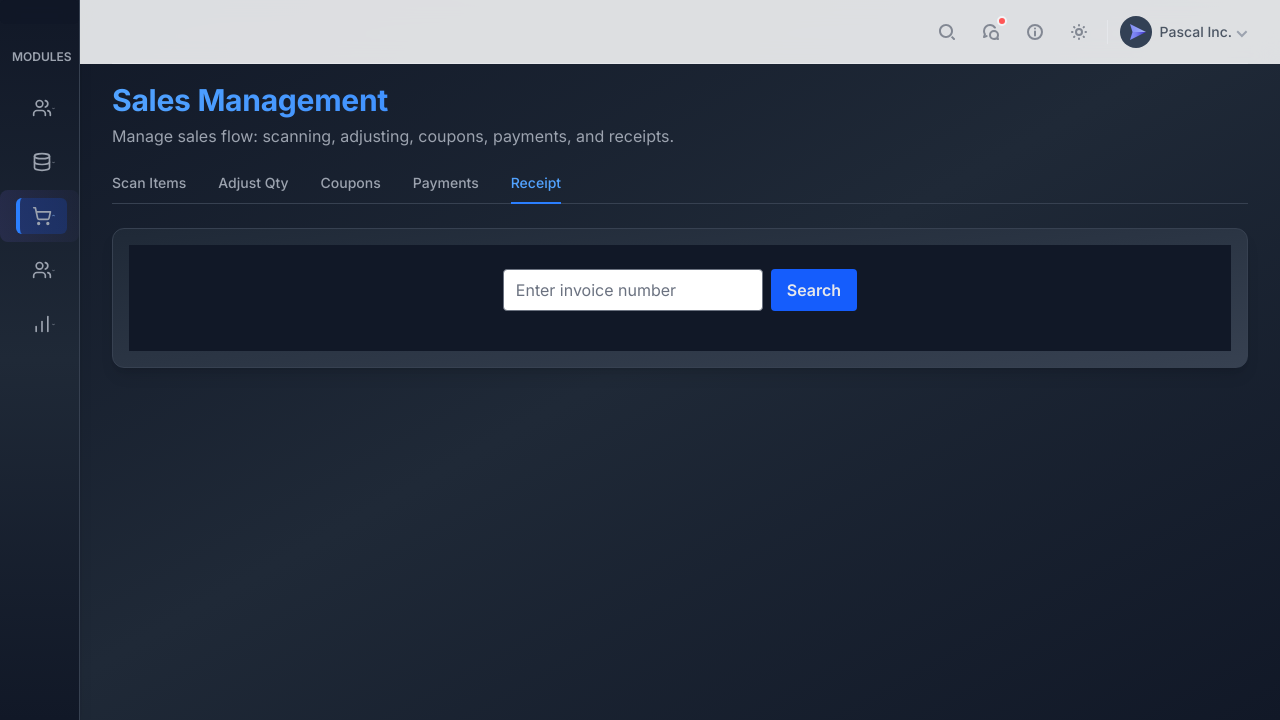
Repository: chykesure/grox-supermarket
Page: /sales/receipt
The author's editor kept a copy of each file at every save. The page is drawn from the files as they stood at one save, then again after the next save.
The browser window is 1280 px wide. The pictures show the whole page.
The project was rebuilt for these pictures with package versions that can differ from the ones it lists, and the page was loaded fresh each time. Some packages were replaced by stand-ins written for this rebuild. Also part of the build but not shown: vite.config.js, src/components/DropdownFilter.jsx, src/lib/utils.ts, src/components/ui/calendar.jsx, src/components/ui/popover.jsx, src/components/Datepicker.jsx, src/pages/pos/Dashboard.jsx, src/pages/Menu.jsx and 62 more.

Above is the page before, as saved 2025-11-09 15:58:41.

### index.html
<!DOCTYPE html>
<html lang="en">
  <head>
    <meta charset="UTF-8" />
    <link rel="icon" type="image/svg+xml" href="/src/favicon.svg" />
    <meta name="viewport" content="width=device-width, initial-scale=1.0" />
    <title>Vite App</title>
    <script>
      if (localStorage.theme === 'dark' || !('theme' in localStorage)) {
        document.querySelector('html').classList.add('dark');
        document.querySelector('html').style.colorScheme = 'dark';
      } else {
        document.querySelector('html').classList.remove('dark');
        document.querySelector('html').style.colorScheme = 'light';
      }
    </script>
  </head>
  <body class="font-inter antialiased bg-gray-100 dark:bg-gray-900 text-gray-600 dark:text-gray-400">
    <noscript>You need to enable JavaScript to run this app.</noscript>
    <script>
        if (localStorage.getItem('sidebar-expanded') == 'true') {
            document.querySelector('body').classList.add('sidebar-expanded');
        } else {
            document.querySelector('body').classList.remove('sidebar-expanded');
        }
    </script>
    <div id="root"></div>
    <script type="module" src="/src/main.jsx"></script>
  </body>
</html>

### src/utils/ThemeContext.jsx
import { createContext, useContext, useState, useEffect } from 'react';

const ThemeContext = createContext({
  currentTheme: 'light',
  changeCurrentTheme: () => {},
});

export default function ThemeProvider({children}) {
  const persistedTheme = localStorage.getItem('theme');
  const [theme, setTheme] = useState(persistedTheme || 'light');

  const changeCurrentTheme = (newTheme) => {
    setTheme(newTheme);
    localStorage.setItem('theme', newTheme);
  };

  useEffect(() => {
    document.documentElement.classList.add('**:transition-none!');
    if (theme === 'light') {
      document.documentElement.classList.remove('dark');
      document.documentElement.style.colorScheme = 'light';
    } else {
      document.documentElement.classList.add('dark');
      document.documentElement.style.colorScheme = 'dark';
    }

    const transitionTimeout = setTimeout(() => {
      document.documentElement.classList.remove('**:transition-none!');
    }, 1);

    return () => clearTimeout(transitionTimeout);
  }, [theme]);

  return <ThemeContext.Provider value={{ currentTheme: theme, changeCurrentTheme }}>{children}</ThemeContext.Provider>;
}

export const useThemeProvider = () => useContext(ThemeContext);

### src/charts/ChartjsConfig.jsx
// Import Chart.js
import { Chart, Tooltip } from 'chart.js';
// Import Tailwind config
import { adjustColorOpacity, getCssVariable } from '../utils/Utils';

Chart.register(Tooltip);

// Define Chart.js default settings
Chart.defaults.font.family = '"Inter", sans-serif';
Chart.defaults.font.weight = 500;
Chart.defaults.plugins.tooltip.borderWidth = 1;
Chart.defaults.plugins.tooltip.displayColors = false;
Chart.defaults.plugins.tooltip.mode = 'nearest';
Chart.defaults.plugins.tooltip.intersect = false;
Chart.defaults.plugins.tooltip.position = 'nearest';
Chart.defaults.plugins.tooltip.caretSize = 0;
Chart.defaults.plugins.tooltip.caretPadding = 20;
Chart.defaults.plugins.tooltip.cornerRadius = 8;
Chart.defaults.plugins.tooltip.padding = 8;

// Function that generates a gradient for line charts
export const chartAreaGradient = (ctx, chartArea, colorStops) => {
  if (!ctx || !chartArea || !colorStops || colorStops.length === 0) {
    return 'transparent';
  }
  const gradient = ctx.createLinearGradient(0, chartArea.bottom, 0, chartArea.top);
  colorStops.forEach(({ stop, color }) => {
    gradient.addColorStop(stop, color);
  });
  return gradient;
};

export const chartColors = {
  textColor: {
    light: getCssVariable('--color-gray-400'),
    dark: getCssVariable('--color-gray-500'),
  },
  gridColor: {
    light: getCssVariable('--color-gray-100'),
    dark: adjustColorOpacity(getCssVariable('--color-gray-700'), 0.6),
  },
  backdropColor: {
    light: getCssVariable('--color-white'),
    dark: getCssVariable('--color-gray-800'),
  },
  tooltipTitleColor: {
    light: getCssVariable('--color-gray-800'),
    dark: getCssVariable('--color-gray-100'),
  },
  tooltipBodyColor : {
    light: getCssVariable('--color-gray-500'),
    dark: getCssVariable('--color-gray-400')
  },
  tooltipBgColor: {
    light: getCssVariable('--color-white'),
    dark: getCssVariable('--color-gray-700'),
  },
  tooltipBorderColor: {
    light: getCssVariable('--color-gray-200'),
    dark: getCssVariable('--color-gray-600'),
  },
};

### src/pages/pos/sales/SalesMgt.jsx
import React, { useEffect } from "react";
import { useParams, useNavigate } from "react-router-dom";
import Sidebar from "../../../partials/Sidebar";
import Header from "../../../partials/Header";
import Banner from "../../../partials/Banner";

// Import sales sub-pages
import ScanItems from "./ScanItems";
import AdjustQty from "./AdjustQty";
import Coupons from "./Coupons";
import Payments from "./Payments";
import Receipt from "./Receipt";

function SalesMgt() {
  const { subpage } = useParams();
  const navigate = useNavigate();

  // Redirect to /sales/scan-items if no subpage
  useEffect(() => {
    if (!subpage) {
      navigate("/sales/scan-items", { replace: true });
    }
  }, [subpage, navigate]);

  const activeTab = subpage || "scan-items";

  const handleTabChange = (tab) => {
    navigate(`/sales/${tab}`);
  };

  const renderTabContent = () => {
    switch (activeTab) {
      case "scan-items":
        return <ScanItems />;
      case "adjust-qty":
        return <AdjustQty />;
      case "coupons":
        return <Coupons />;
      case "payments":
        return <Payments />;
      case "receipt":
        return <Receipt />;
      default:
        return <ScanItems />; // fallback
    }
  };

  return (
    <div className="flex  overflow-hidden bg-gradient-to-br from-gray-900 via-gray-800 to-gray-900 text-gray-200">
      {/* Sidebar */}
      <Sidebar />

      {/* Main wrapper */}
      <div className="relative flex flex-col flex-1 overflow-y-auto overflow-x-hidden">
        {/* Header */}
        <Header />

        {/* Main content */}
        <main className="flex-1 overflow-y-auto">
          <div className="px-4 sm:px-6 lg:px-8 py-4 w-full ">
            {/* Page Header */}
            <div className="mb-6">
              <h1 className="text-3xl font-bold bg-gradient-to-r from-blue-400 to-blue-600 bg-clip-text text-transparent">
                Sales Management
              </h1>
              <p className="text-gray-400 mt-1">
                Manage sales flow: scanning, adjusting, coupons, payments, and receipts.
              </p>
            </div>

            {/* Tabs */}
            <div className="mb-6 border-b border-gray-700">
              <nav className="flex space-x-8 -mb-px">
                {["scan-items", "adjust-qty", "coupons", "payments", "receipt"].map((tab) => (
                  <button
                    key={tab}
                    className={`pb-2 text-sm font-medium transition ${activeTab === tab
                      ? "border-b-2 border-blue-500 text-blue-400"
                      : "border-b-2 border-transparent text-gray-400 hover:text-gray-200 hover:border-gray-500"
                      }`}
                    onClick={() => handleTabChange(tab)}
                  >
                    {tab
                      .split("-")
                      .map((w) => w.charAt(0).toUpperCase() + w.slice(1))
                      .join(" ")}
                  </button>
                ))}
              </nav>
            </div>

            {/* Tab Content */}
            <div className="bg-gradient-to-br from-gray-800 to-gray-700 p-4 rounded-xl shadow-lg border border-gray-700 overflow-y-auto max-h-[calc(100vh-200px)]">
              {renderTabContent()}
            </div>
          </div>
        </main>

        {/* Banner / Footer */}
        <Banner />
      </div>
    </div>
  );
}

export default SalesMgt;

### src/css/additional-styles/utility-patterns.css
/* Typography */
.h1 {
    @apply text-4xl font-extrabold tracking-tighter;
}

.h2 {
    @apply text-3xl font-extrabold tracking-tighter;
}

.h3 {
    @apply text-3xl font-extrabold;
}

.h4 {
    @apply text-2xl font-extrabold tracking-tight;
}

@media (width >= theme(--breakpoint-md)) {
    .h1 {
        @apply text-5xl;
    }

    .h2 {
        @apply text-4xl;
    }
}

/* Buttons */
.btn,
.btn-lg,
.btn-sm,
.btn-xs {
    @apply font-medium text-sm inline-flex items-center justify-center border border-transparent rounded-lg leading-5 shadow-xs transition;
}

.btn {
    @apply px-3 py-2;
}

.btn-lg {
    @apply px-4 py-3;
}

.btn-sm {
    @apply px-2 py-1;
}

.btn-xs {
    @apply px-2 py-0.5;
}

/* Forms */
input[type="search"]::-webkit-search-decoration,
input[type="search"]::-webkit-search-cancel-button,
input[type="search"]::-webkit-search-results-button,
input[type="search"]::-webkit-search-results-decoration {
  -webkit-appearance: none;
}

.form-input,
.form-textarea,
.form-multiselect,
.form-select,
.form-checkbox,
.form-radio {
    @apply bg-white dark:bg-gray-900/30 border focus:ring-0 focus:ring-offset-0 dark:disabled:bg-gray-700/30 dark:disabled:border-gray-700 dark:disabled:hover:border-gray-700;
}

.form-checkbox {
    @apply rounded-sm;
}

.form-input,
.form-textarea,
.form-multiselect,
.form-select {
    @apply text-sm text-gray-800 dark:text-gray-100 leading-5 py-2 px-3 border-gray-200 hover:border-gray-300 focus:border-gray-300 dark:border-gray-700/60 dark:hover:border-gray-600 dark:focus:border-gray-600 shadow-xs rounded-lg;
}

.form-input,
.form-textarea {
    @apply placeholder-gray-400 dark:placeholder-gray-500;
}

.form-select {
    @apply pr-10;
}

.form-checkbox,
.form-radio {
    @apply text-violet-500 checked:bg-violet-500 checked:border-transparent border border-gray-300 dark:border-gray-700/60 dark:checked:border-transparent focus-visible:ring-2 focus-visible:ring-violet-500/50;
}

/* Switch element */
.form-switch {
    @apply relative select-none;
    width: 44px;
}

.form-switch label {
    @apply block overflow-hidden cursor-pointer h-6 rounded-full;
}

.form-switch label > span:first-child {
    @apply absolute block rounded-full;
    width: 20px;
    height: 20px;
    top: 2px;
    left: 2px;
    right: 50%;
    transition: all .15s ease-out;
}

.form-switch input[type="checkbox"] + label {
  @apply bg-gray-400 dark:bg-gray-700;
}

.form-switch input[type="checkbox"]:checked + label {
  @apply bg-violet-500;
}

.form-switch input[type="checkbox"]:checked + label > span:first-child {
    left: 22px;
}

.form-switch input[type="checkbox"]:disabled + label {
    @apply cursor-not-allowed bg-gray-100 dark:bg-gray-700/20 border border-gray-200 dark:border-gray-700/60;
}

.form-switch input[type="checkbox"]:disabled + label > span:first-child {
    @apply bg-gray-400 dark:bg-gray-600;
}

/* Chrome, Safari and Opera */
.no-scrollbar::-webkit-scrollbar {
  display: none;
}

.no-scrollbar {
  -ms-overflow-style: none;  /* IE and Edge */
  scrollbar-width: none;  /* Firefox */
}

### src/partials/Header.jsx
import React, { useState } from 'react';

import SearchModal from '../components/ModalSearch';
import Notifications from '../components/DropdownNotifications';
import Help from '../components/DropdownHelp';
import UserMenu from '../components/DropdownProfile';
import ThemeToggle from '../components/ThemeToggle';

function Header({
  sidebarOpen,
  setSidebarOpen,
  variant = 'default',
}) {

  const [searchModalOpen, setSearchModalOpen] = useState(false)

  return (
    <header className={`sticky top-0 before:absolute before:inset-0 before:backdrop-blur-md max-lg:before:bg-white/90 dark:max-lg:before:bg-gray-800/90 before:-z-10 z-30 ${variant === 'v2' || variant === 'v3' ? 'before:bg-white after:absolute after:h-px after:inset-x-0 after:top-full after:bg-gray-200 dark:after:bg-gray-700/60 after:-z-10' : 'max-lg:shadow-xs lg:before:bg-gray-100/90 dark:lg:before:bg-gray-900/90'} ${variant === 'v2' ? 'dark:before:bg-gray-800' : ''} ${variant === 'v3' ? 'dark:before:bg-gray-900' : ''}`}>
      <div className="px-4 sm:px-6 lg:px-8">
        <div className={`flex items-center justify-between h-16 ${variant === 'v2' || variant === 'v3' ? '' : 'lg:border-b border-gray-200 dark:border-gray-700/60'}`}>

          {/* Header: Left side */}
          <div className="flex">

            {/* Hamburger button */}
            <button
              className="text-gray-500 hover:text-gray-600 dark:hover:text-gray-400 lg:hidden"
              aria-controls="sidebar"
              aria-expanded={sidebarOpen}
              onClick={(e) => { e.stopPropagation(); setSidebarOpen(!sidebarOpen); }}
            >
              <span className="sr-only">Open sidebar</span>
              <svg className="w-6 h-6 fill-current" viewBox="0 0 24 24" xmlns="http://www.w3.org/2000/svg">
                <rect x="4" y="5" width="16" height="2" />
                <rect x="4" y="11" width="16" height="2" />
                <rect x="4" y="17" width="16" height="2" />
              </svg>
            </button>

          </div>

          {/* Header: Right side */}
          <div className="flex items-center space-x-3">
            <div>
              <button
                className={`w-8 h-8 flex items-center justify-center hover:bg-gray-100 lg:hover:bg-gray-200 dark:hover:bg-gray-700/50 dark:lg:hover:bg-gray-800 rounded-full ml-3 ${searchModalOpen && 'bg-gray-200 dark:bg-gray-800'}`}
                onClick={(e) => { e.stopPropagation(); setSearchModalOpen(true); }}
                aria-controls="search-modal"
              >
                <span className="sr-only">Search</span>
                <svg
                  className="fill-current text-gray-500/80 dark:text-gray-400/80"
                  width={16}
                  height={16}
                  viewBox="0 0 16 16"
                  xmlns="http://www.w3.org/2000/svg"
                >
                  <path d="M7 14c-3.86 0-7-3.14-7-7s3.14-7 7-7 7 3.14 7 7-3.14 7-7 7ZM7 2C4.243 2 2 4.243 2 7s2.243 5 5 5 5-2.243 5-5-2.243-5-5-5Z" />
                  <path d="m13.314 11.9 2.393 2.393a.999.999 0 1 1-1.414 1.414L11.9 13.314a8.019 8.019 0 0 0 1.414-1.414Z" />
                </svg>
              </button>
              <SearchModal id="search-modal" searchId="search" modalOpen={searchModalOpen} setModalOpen={setSearchModalOpen} />
            </div>
            <Notifications align="right" />
            <Help align="right" />
            <ThemeToggle />
            {/*  Divider */}
            <hr className="w-px h-6 bg-gray-200 dark:bg-gray-700/60 border-none" />
            <UserMenu align="right" />

          </div>

        </div>
      </div>
    </header>
  );
}

export default Header;

### src/partials/Banner.jsx
import React, { useState } from 'react';

function Banner() {

  const [bannerOpen, setBannerOpen] = useState(true);
  const query = new URLSearchParams(location.search);
  const template = query.get('template');
  const liteLink =
    template === 'laravel'
      ? 'https://github.com/cruip/laravel-tailwindcss-admin-dashboard-template'
      : 'https://github.com/cruip/tailwind-dashboard-template';

  return (
    <>
    { bannerOpen && (
      <div className="fixed bottom-0 right-0 w-full md:bottom-8 md:right-12 md:w-auto z-50">

      </div>
    )}
    </>
  );
}

export default Banner;

### src/partials/SidebarLinkGroup.jsx
import React, { useState } from 'react';

function SidebarLinkGroup({
  children,
  activecondition,
}) {

  const [open, setOpen] = useState(activecondition);

  const handleClick = () => {
    setOpen(!open);
  }

  return (
    <li className={`pl-4 pr-3 py-2 rounded-lg mb-0.5 last:mb-0 bg-linear-to-r ${activecondition && 'from-violet-500/[0.12] dark:from-violet-500/[0.24] to-violet-500/[0.04]'}`}>
      {children(handleClick, open)}
    </li>
  );
}

export default SidebarLinkGroup;

### src/components/ThemeToggle.jsx
import React from "react";
import { useThemeProvider } from "../utils/ThemeContext";

export default function ThemeToggle() {
  const { currentTheme, changeCurrentTheme } = useThemeProvider();

  return (
    <div>
      <input
        type="checkbox"
        name="light-switch"
        id="light-switch"
        className="light-switch sr-only"
        checked={currentTheme === "light"}
        onChange={() => changeCurrentTheme(currentTheme === "light" ? "dark" : "light")}
      />
      <label
        className="flex items-center justify-center cursor-pointer w-8 h-8 hover:bg-gray-100 lg:hover:bg-gray-200 dark:hover:bg-gray-700/50 dark:lg:hover:bg-gray-800 rounded-full"
        htmlFor="light-switch"
      >
        <svg
          className="dark:hidden fill-current text-gray-500/80 dark:text-gray-400/80"
          width={16}
          height={16}
          viewBox="0 0 16 16"
          xmlns="http://www.w3.org/2000/svg"
        >
          <path d="M8 0a1 1 0 0 1 1 1v.5a1 1 0 1 1-2 0V1a1 1 0 0 1 1-1Z" />
          <path d="M12 8a4 4 0 1 1-8 0 4 4 0 0 1 8 0Zm-4 2a2 2 0 1 0 0-4 2 2 0 0 0 0 4Z" />
          <path d="M13.657 3.757a1 1 0 0 0-1.414-1.414l-.354.354a1 1 0 0 0 1.414 1.414l.354-.354ZM13.5 8a1 1 0 0 1 1-1h.5a1 1 0 1 1 0 2h-.5a1 1 0 0 1-1-1ZM13.303 11.889a1 1 0 0 0-1.414 1.414l.354.354a1 1 0 0 0 1.414-1.414l-.354-.354ZM8 13.5a1 1 0 0 1 1 1v.5a1 1 0 1 1-2 0v-.5a1 1 0 0 1 1-1ZM4.111 13.303a1 1 0 1 0-1.414-1.414l-.354.354a1 1 0 1 0 1.414 1.414l.354-.354ZM0 8a1 1 0 0 1 1-1h.5a1 1 0 0 1 0 2H1a1 1 0 0 1-1-1ZM3.757 2.343a1 1 0 1 0-1.414 1.414l.354.354A1 1 0 1 0 4.11 2.697l-.354-.354Z" />
        </svg>
        <svg
          className="hidden dark:block fill-current text-gray-500/80 dark:text-gray-400/80"
          width={16}
          height={16}
          viewBox="0 0 16 16"
          xmlns="http://www.w3.org/2000/svg"
        >
          <path d="M11.875 4.375a.625.625 0 1 0 1.25 0c.001-.69.56-1.249 1.25-1.25a.625.625 0 1 0 0-1.25 1.252 1.252 0 0 1-1.25-1.25.625.625 0 1 0-1.25 0 1.252 1.252 0 0 1-1.25 1.25.625.625 0 1 0 0 1.25c.69.001 1.249.56 1.25 1.25Z" />
          <path d="M7.019 1.985a1.55 1.55 0 0 0-.483-1.36 1.44 1.44 0 0 0-1.53-.277C2.056 1.553 0 4.5 0 7.9 0 12.352 3.648 16 8.1 16c3.407 0 6.246-2.058 7.51-4.963a1.446 1.446 0 0 0-.25-1.55 1.554 1.554 0 0 0-1.372-.502c-4.01.552-7.539-2.987-6.97-7ZM2 7.9C2 5.64 3.193 3.664 4.961 2.6 4.82 7.245 8.72 11.158 13.36 11.04 12.265 12.822 10.341 14 8.1 14 4.752 14 2 11.248 2 7.9Z" />
        </svg>
        <span className="sr-only">Switch to light / dark version</span>
      </label>
    </div>
  );
}

### src/utils/Transition.jsx
import React, { useRef, useEffect, useContext } from 'react';
import { CSSTransition as ReactCSSTransition } from 'react-transition-group';

const TransitionContext = React.createContext({
  parent: {},
})

function useIsInitialRender() {
  const isInitialRender = useRef(true);
  useEffect(() => {
    isInitialRender.current = false;
  }, [])
  return isInitialRender.current;
}

function CSSTransition({
  show,
  enter = '',
  enterStart = '',
  enterEnd = '',
  leave = '',
  leaveStart = '',
  leaveEnd = '',
  appear,
  unmountOnExit,
  tag = 'div',
  children,
  ...rest
}) {
  const enterClasses = enter.split(' ').filter((s) => s.length);
  const enterStartClasses = enterStart.split(' ').filter((s) => s.length);
  const enterEndClasses = enterEnd.split(' ').filter((s) => s.length);
  const leaveClasses = leave.split(' ').filter((s) => s.length);
  const leaveStartClasses = leaveStart.split(' ').filter((s) => s.length);
  const leaveEndClasses = leaveEnd.split(' ').filter((s) => s.length);
  const removeFromDom = unmountOnExit;

  function addClasses(node, classes) {
    classes.length && node.classList.add(...classes);
  }

  function removeClasses(node, classes) {
    classes.length && node.classList.remove(...classes);
  }

  const nodeRef = React.useRef(null);
  const Component = tag;

  return (
    <ReactCSSTransition
      appear={appear}
      nodeRef={nodeRef}
      unmountOnExit={removeFromDom}
      in={show}
      addEndListener={(done) => {
        nodeRef.current.addEventListener('transitionend', done, false)
      }}
      onEnter={() => {
        if (!removeFromDom) nodeRef.current.style.display = null;
        addClasses(nodeRef.current, [...enterClasses, ...enterStartClasses])
      }}
      onEntering={() => {
        removeClasses(nodeRef.current, enterStartClasses)
        addClasses(nodeRef.current, enterEndClasses)
      }}
      onEntered={() => {
        removeClasses(nodeRef.current, [...enterEndClasses, ...enterClasses])
      }}
      onExit={() => {
        addClasses(nodeRef.current, [...leaveClasses, ...leaveStartClasses])
      }}
      onExiting={() => {
        removeClasses(nodeRef.current, leaveStartClasses)
        addClasses(nodeRef.current, leaveEndClasses)
      }}
      onExited={() => {
        removeClasses(nodeRef.current, [...leaveEndClasses, ...leaveClasses])
        if (!removeFromDom) nodeRef.current.style.display = 'none';
      }}
    >
      <Component ref={nodeRef} {...rest} style={{ display: !removeFromDom ? 'none': null }}>{children}</Component>
    </ReactCSSTransition>
  )
}

function Transition({ show, appear, ...rest }) {
  const { parent } = useContext(TransitionContext);
  const isInitialRender = useIsInitialRender();
  const isChild = show === undefined;

  if (isChild) {
    return (
      <CSSTransition
        appear={parent.appear || !parent.isInitialRender}
        show={parent.show}
        {...rest}
      />
    )
  }

  return (
    <TransitionContext.Provider
      value={{
        parent: {
          show,
          isInitialRender,
          appear,
        },
      }}
    >
      <CSSTransition appear={appear} show={show} {...rest} />
    </TransitionContext.Provider>
  )
}

export default Transition;

Loaded but not shown: src/main.jsx (common file); src/utils/Utils.js (63 lines, source omitted); src/components/ModalSearch.jsx (260 lines, source omitted); src/partials/Sidebar.jsx (287 lines, source omitted); src/components/DropdownNotifications.jsx (112 lines, source omitted); src/App.jsx (125 lines, source omitted); src/components/DropdownHelp.jsx (121 lines, source omitted); src/pages/pos/sales/Receipt.jsx (130 lines, source omitted); src/css/style.css (138 lines, source omitted); src/components/DropdownProfile.jsx (100 lines, source omitted)

After the next save:
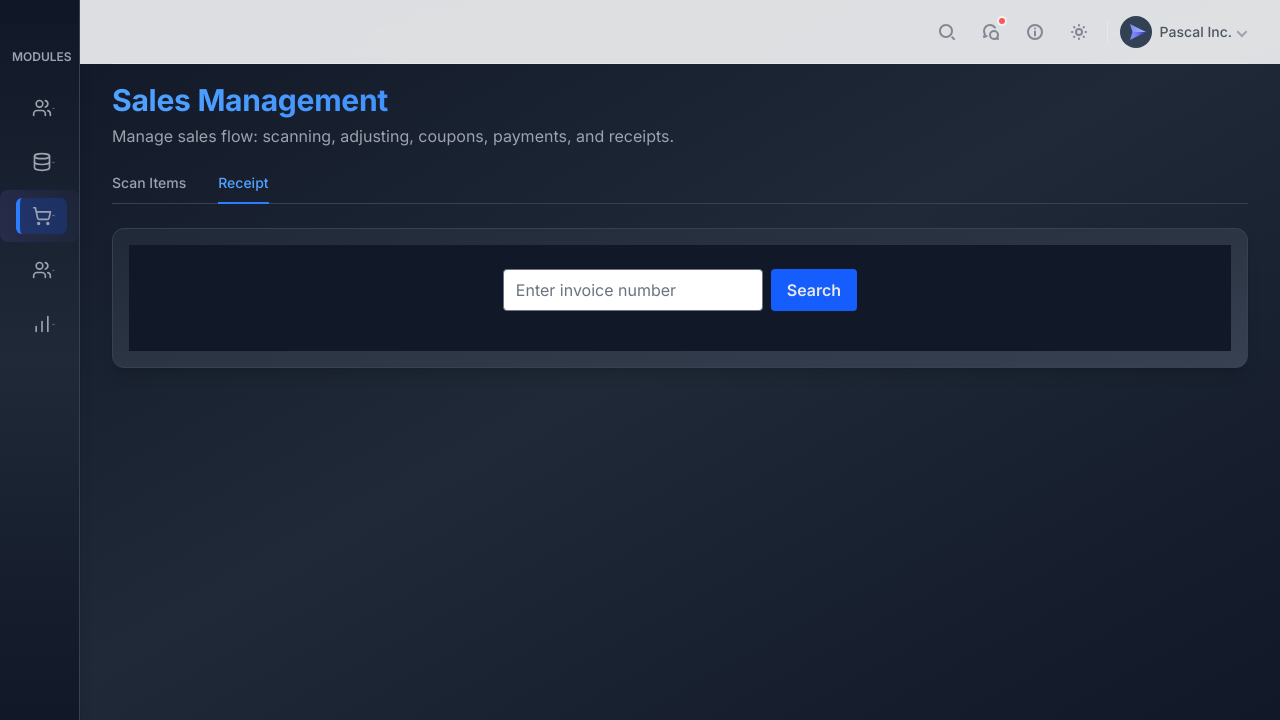
Saved 3 h 28 min later.
--- a/src/pages/pos/sales/SalesMgt.jsx
+++ b/src/pages/pos/sales/SalesMgt.jsx
@@ -71,7 +71,7 @@ function SalesMgt() {
             {/* Tabs */}
             <div className="mb-6 border-b border-gray-700">
               <nav className="flex space-x-8 -mb-px">
-                {["scan-items", "adjust-qty", "coupons", "payments", "receipt"].map((tab) => (
+                {["scan-items", "receipt"].map((tab) => (
                   <button
                     key={tab}
                     className={`pb-2 text-sm font-medium transition ${activeTab === tab
